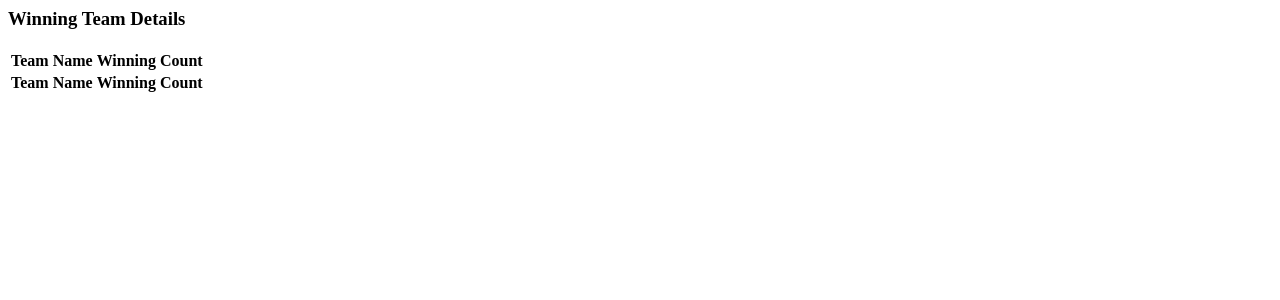
Repository: umng/Learn-to-Program
Page: http://localhost/JSP_Code_Challenge/
These files come from the project's save history. The page is drawn as it stood at one moment and after the next save; the edit follows.
The browser window is 1280 px wide. The pictures show the whole page.
The page is served by Tomcat 9. Other server files are loaded and not shown.

Above is the page before, as saved 2017-03-02 10:53:18.

### Java/CTS_SFDC/workspace/JSP Code Challenge/WebContent/index.jsp

<html>
<head>
<title>Winning Team Details</title>
</head>
<body>
	<h3>Winning Team Details</h3>
	<table id="teams">
		<tr>
			<th>Team Name</th>
			<th>Winning Count</th>
		</tr>
		<tr>
			<th>Team Name</th>
			<th>Winning Count</th>
		</tr>
	</table>
</body>
</html>

After the next save:
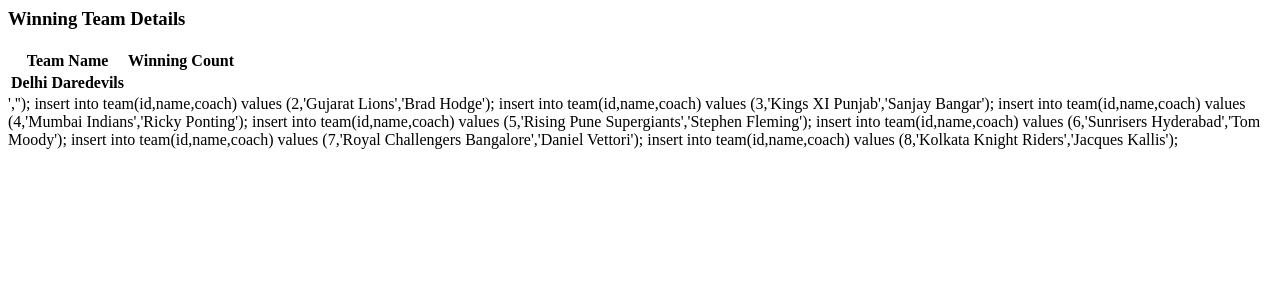
Saved 47 s later.
--- a/Java/CTS_SFDC/workspace/JSP Code Challenge/WebContent/index.jsp
+++ b/Java/CTS_SFDC/workspace/JSP Code Challenge/WebContent/index.jsp
@@ -11,9 +11,18 @@
 			<th>Winning Count</th>
 		</tr>
 		<tr>
-			<th>Team Name</th>
-			<th>Winning Count</th>
+			<th>Delhi Daredevils</th>
+			<th></th>
 		</tr>
 	</table>
 </body>
 </html>
+
+','');
+insert into team(id,name,coach) values (2,'Gujarat Lions','Brad Hodge');
+insert into team(id,name,coach) values (3,'Kings XI Punjab','Sanjay Bangar');
+insert into team(id,name,coach) values (4,'Mumbai Indians','Ricky Ponting');
+insert into team(id,name,coach) values (5,'Rising Pune Supergiants','Stephen Fleming');
+insert into team(id,name,coach) values (6,'Sunrisers Hyderabad','Tom Moody');
+insert into team(id,name,coach) values (7,'Royal Challengers Bangalore','Daniel Vettori');
+insert into team(id,name,coach) values (8,'Kolkata Knight Riders','Jacques Kallis');
